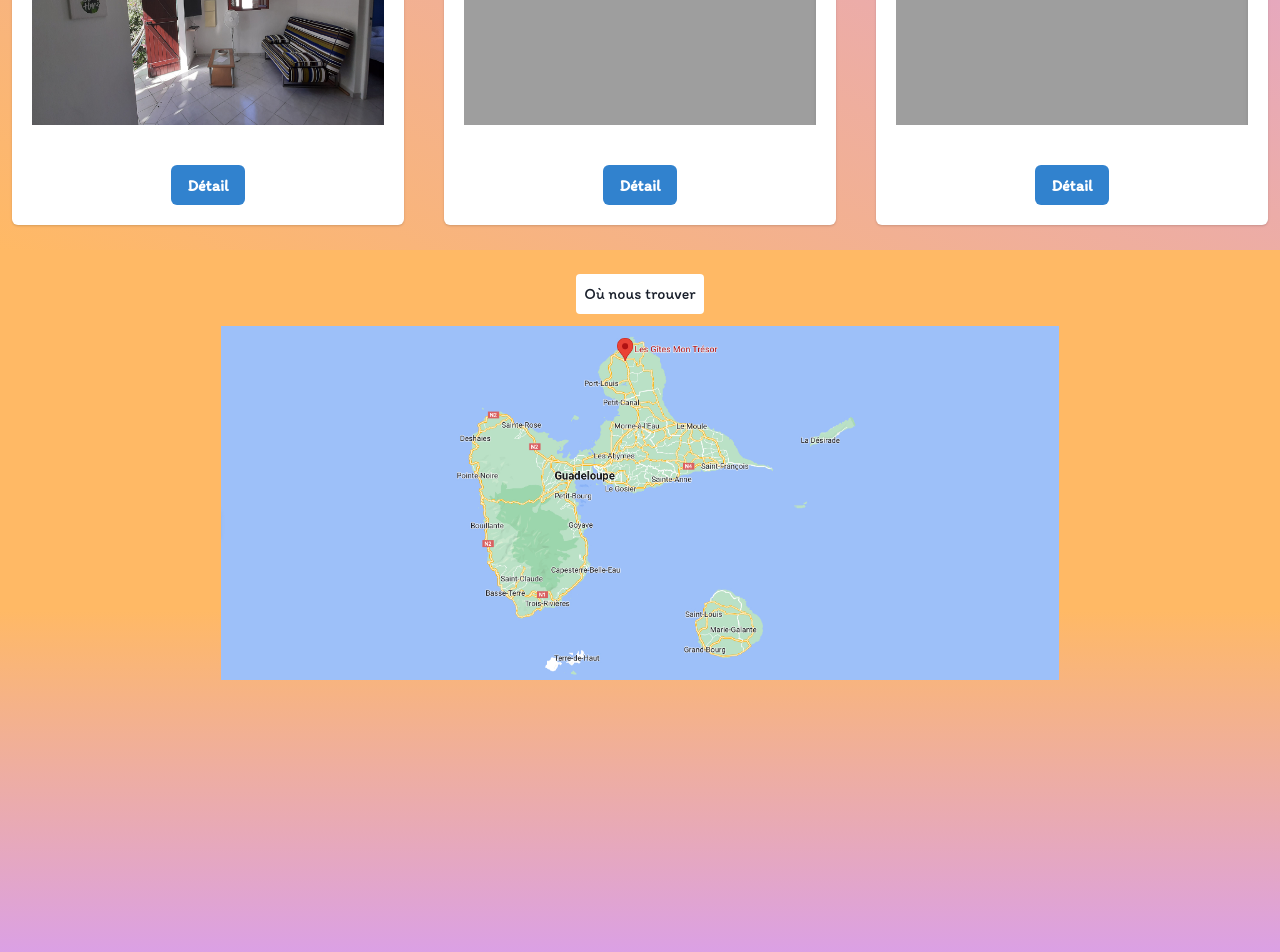
Repository: All-Khwarizmi/gites-v2
Page: /
The author's editor kept a copy of each file at every save. The page is drawn from the files as they stood at one save, then again after a run of saves.
The browser window is 1280 px wide. The pictures show the part of the page from y = 1190 to 2142 px (the page is 2160 px tall).
Pictures or frames that could not be fetched are drawn as grey boxes. The project was rebuilt for these pictures with package versions that can differ from the ones it lists, and the page was loaded fresh each time. The framework's server and built-in components were replaced by stand-ins that run in the browser. Also part of the build but not shown: next.config.js, next.config.mjs.

Above is the page before, as saved 2023-02-03 19:18:17.

### src/pages/_app.tsx
import { type AppType } from "next/dist/shared/lib/utils";
import { ChakraProvider } from "@chakra-ui/react";
import Layout from "../components/Layout";
import { Itim } from "@next/font/google";
import Navbar from "../components/Navbar";

import "../styles/globals.css";
import Head from "next/head";

const inter = Itim({ weight: "400", subsets: ["latin"] });

const MyApp: AppType = ({ Component, pageProps }) => {
  return (
    <ChakraProvider>
      <Head>
        <title>Gîtes Mon Tresor</title>
        <meta
          name="viewport"
          /* content="width=device-width, initial-scale=1.0, maximum-scale=1.0,user-scalable=0" */
          content="viewport-fit=cover"
        />
        <meta name="title" content="Gîtes Mon Tresor" />

        <meta
          name="description"
          content="Gîtes accueillants et chaleureux en Guadeloupe, Anse Bertrand. Venez en famille ou en amoureux profiter des plaisirs qu'offre l'île. "
        />
        <meta property="og:image" content="/IMG_0318.JPG" key="ogimage" />
      </Head>

      <main className={inter.className}>
        <Component {...pageProps} />
      </main>
    </ChakraProvider>
  );
};

export default MyApp;

### src/pages/index.tsx
import { type NextPage } from "next";
import Head from "next/head";
import Link from "next/link";
import Test from "./Test";
import styles from '../styles/Home.module.scss'

const Home: NextPage = () => {
  return (
    <>
      <Test />
    </>
  );
};

export default Home;

### src/styles/globals.css
@tailwind base;
@tailwind components;
@tailwind utilities;

:root {
  --colorOne: #ffb965;
  --colorTwo: #d99feb;
  --color3: #ffbf5b;
  --color4: #31b7cf;
}
* {
  margin: 0;
  padding: 0;
}
body {
  width: 100vw;
  height: 100vh;
  box-sizing: border-box;
}

.test {
  width: 100%;
}

#myVideo {
  object-fit: cover;

  min-height: 100vh;
  position: relative;
  z-index: -1;
  bottom: 0;
  right: 0;
}

.section {
  background-image: linear-gradient(
    27deg,
    var(--colorOne) 0%,
    var(--colorTwo) 100%
  );
  margin-top: 0;
  position: relative;
}
.section-2 {
  background-image: linear-gradient(
    360deg,
   var(--colorTwo) 0%,
    var(--colorOne) 50%
  );
  margin-top: 0;
  position: relative;
}


.card-1 {
  background-color: inherit;
  padding: 3rem;
  width: 100%;
}
.nav {
  position: fixed;
  z-index: 5;


}

### src/pages/Test.tsx
import { AppType } from "next/app";
import {
  Card,
  CardHeader,
  ButtonGroup,
  Button,
  CardBody,
  CardFooter,
  Stack,
  Image,
  Heading,
  Text,
  Divider,
  Flex,
} from "@chakra-ui/react";
import Carousel from "../components/Carousel";
import { Component, useEffect, useRef, useState } from "react";
import Localisation from "../components/Localisation";
import Navbar from "../components/Navbar";

const Test = () => {
  const divPosition: any = useRef(null);


  const slidesPalmier = [
    {
      img: "/Gite Palmier/1.jpg",
    },
    {
      img: "/Gite Palmier/2.jpg",
    },
    {
      img: "/Gite Palmier/3.jpg",
    },
    {
      img: "/Gite Palmier/4.jpg",
    },
    {
      img: "/Gite Palmier/5.jpg",
    },
    {
      img: "/Gite Palmier/6.jpg",
    },
    {
      img: "/Gite Palmier/7.jpg",
    },
    {
      img: "/Gite Palmier/9087556.jpg",
    },
  ];
  const slidesAnanas = [
    {
      img: "/Gite Ananas/1.jpg",
    },
    {
      img: "/Gite Ananas/2.jpg",
    },
    {
      img: "/Gite Ananas/3.jpg",
    },
    {
      img: "/Gite Ananas/4.jpg",
    },
    {
      img: "/Gite Ananas/5.jpg",
    },
    {
      img: "/Gite Ananas/6.jpg",
    },
    {
      img: "/Gite Ananas/20191231_100325.jpg",
    },
    {
      img: "/Gite Ananas/20200325_100606.jpg",
    },
  ];
  const slidesKawan = [
    {
      img: "/Gite Kawan/1.jpg",
    },
    {
      img: "/Gite Kawan/2.jpg",
    },
    {
      img: "/Gite Kawan/3.jpg",
    },
    {
      img: "/Gite Kawan/4.jpg",
    },

    {
      img: "/Gite Kawan/6.jpg",
    },
    {
      img: "/Gite Kawan/7.jpg",
    },
    {
      img: "/Gite Kawan/8.jpg",
    },
    {
      img: "/Gite Kawan/9.jpg",
    },
    {
      img: "/Gite Kawan/10.jpg",
    },
    {
      img: "/Gite Kawan/11.jpg",
    },
    {
      img: "/Gite Kawan/12.jpg",
    },
    {
      img: "/Gite Kawan/13.jpg",
    },
    {
      img: "/Gite Kawan/14.jpg",
    },
    {
      img: "/Gite Kawan/15.jpg",
    },
  ];

  return (
    <>
      <main>
        <Navbar position={divPosition} />
        <div className="test">
          <section className="test">
            <video
              autoPlay
              playsInline
              muted
              loop
              id="myVideo"
              poster="/Gite Kawan/1.jpg"
            >
              <source src={"/Mon film.mp4"} type="video/mp4" />
            </video>
          </section>
          <div className="section h-screen">
            <section ref={divPosition} className="section h-full">
              <div className="card-1 flex-column flex justify-center">
                <Card maxW={"900px"}>
                  <Heading className="flex-column flex justify-center p-2">
                    <p> Bienvenue en Guadeloupe !</p>
                  </Heading>
                  <CardBody>
                    <Text className="welcome-text">
                      Pour des vacances au soleil, sur des plages de sable blanc
                      ou de belles balades dans une verdure luxuriante : les
                      Gîtes Mon Trésor vous assurent un dépaysement total. Loin
                      des grandes structures touristiques, dans un jardin calme
                      et ventilé avec piscine sécurisée, Catherine et Laurent,
                      originaires de Normandie, vous accueillent toute l’année
                      dans leurs gîtes situés sur la commune d'ANSE-BERTRAND, à
                      3 km des plages et de tous commerces. Nous avons l'énorme
                      chance de n'avoir jamais de sargasses sur nos plages les
                      plus proches. Bonne visite !
                    </Text>
                  </CardBody>
                </Card>
              </div>

              <div className="grid  grid-flow-row justify-center gap-4 md:grid-flow-col ">
                <Card maxW="lg" m={3}>
                  <Stack mt="6" spacing="3">
                    <Heading textAlign={"center"} size="md">
                      Gîte Palmier
                    </Heading>
                  </Stack>
                  <CardBody>
                    <Carousel slides={slidesPalmier} />
                  </CardBody>
                  <Flex align="center" justify="center">
                    <CardFooter>
                      <Button variant="solid" colorScheme="blue">
                        Détail
                      </Button>
                    </CardFooter>
                  </Flex>
                </Card>
                <Card maxW="lg" m={3}>
                  <Stack mt="6" spacing="3">
                    <Heading textAlign={"center"} size="md">
                      Gîte Ananas
                    </Heading>
                  </Stack>
                  <CardBody>
                    <Carousel slides={slidesAnanas} />
                  </CardBody>
                  <Flex align="center" justify="center">
                    <CardFooter>
                      <Button variant="solid" colorScheme="blue">
                        Détail
                      </Button>
                    </CardFooter>
                  </Flex>
                </Card>
                <Card maxW="lg" m={3}>
                  <Stack mt="6" spacing="3">
                    <Heading textAlign={"center"} size="md">
                      Gîte Kawan
                    </Heading>
                  </Stack>
                  <CardBody>
                    <Carousel slides={slidesKawan} />
                  </CardBody>
                  <Flex align="center" justify="center">
                    <CardFooter>
                      <Button variant="solid" colorScheme="blue">
                        Détail
                      </Button>
                    </CardFooter>
                  </Flex>
                </Card>
              </div>


            </section>
          </div>
          <div className="h-screen section-2">
            <Localisation />
          </div>
        </div>
      </main>
    </>
  );
};

export default Test;

### src/components/Carousel.tsx
import React from 'react'
import { useEffect, useState } from 'react';
import { Flex, Box, Text, Image } from '@chakra-ui/react';

const Carousel = ({slides}: any) => {

  const slides1 = [
    {
      img: "/Gîte Palmier/1.jpg",
    },
    {
      img: "/Gîte Palmier/2.jpg",
    },
    {
      img: "/Gîte Palmier/3.jpg",
    },
    {
      img: "/Gîte Palmier/4.jpg",
    },
    {
      img: "/Gîte Palmier/5.jpg",
    },
    {
      img: "/Gîte Palmier/6.jpg",
    },
    {
      img: "/Gîte Palmier/7.jpg",
    },
    {
      img: "/Gîte Palmier/9087556.jpg",
    },

  ];
  const [currentSlide, setCurrentSlide] = useState(0);
  const slidesCount = slides.length;
  const carouselStyle = {
    transition: "all .5s",
    ml: `-${currentSlide * 100}%`,
  };
  const SLIDES_INTERVAL_TIME = 3000;
  const ANIMATION_DIRECTION = "right";
  useEffect(() => {
    const prevSlide = () => {
      setCurrentSlide((s) => (s === 0 ? slidesCount - 1 : s - 1));
    };

    const nextSlide = () => {
      setCurrentSlide((s) => (s === slidesCount - 1 ? 0 : s + 1));
 };

    const automatedSlide = setInterval(() => {
      ANIMATION_DIRECTION.toLowerCase() === "left" ? prevSlide() : nextSlide();
    }, SLIDES_INTERVAL_TIME);
    return () => clearInterval(automatedSlide);
  }, [slidesCount]);
  return (
    <Flex
      w="full"
      bg="#edf3f8"
      _dark={{
        bg: "#3e3e3e",
      }}

      alignItems="center"
      justifyContent="center"
    >
      <Flex w="full" overflow="hidden">
        <Flex pos="relative" h="200px" w="full" {...carouselStyle}>
          {slides.map((slide: any, sid: any) => (
            <Box key={`slide-${sid}`} flex="none" boxSize="full" shadow="md">
              <Text
                color="white"
                fontSize="xs"
                p="8px 12px"
                pos="absolute"
                top="0"
                whiteSpace="nowrap"
              >
                {sid + 1} / {slidesCount}
              </Text>
              <Image
                src={slide.img}
                alt="carousel image"
                boxSize="full"
                backgroundSize="cover"
              />
            </Box>
          ))}
        </Flex>
      </Flex>
    </Flex>
  );
};



export default Carousel

### src/components/Localisation.tsx
import React from "react";
import Link from "next/link";

const Localisation = () => {
  const coordinates: string =
    "Les+Gîtes+Mon+Trésor/@16.4645544,-61.4825254,17z";
  const baseUrl: string =
    "https://www.google.com/maps/search/?api=1&query=Les+Gîtes+Mon+Trésor+Anse+Bertrand/";
  return (
    <>
      <div className="location align-center flex items-center justify-center p-3"></div>
      <div className="section-location flex  justify-center">
        <p className="text-extra-bold w-30 rounded bg-white p-2">
          Où nous trouver
        </p>
      </div>

      <div className="location p-3">
        <a
          className="align-center flex items-center justify-center"
          target="_blank"
          href={baseUrl}
        >
          <img
            className="w-2/3"
            src="./IMG_0537.JPG"
            alt="carte de la Guadeloupe"
          />
        </a>
      </div>
    </>
  );
};

export default Localisation;

### src/components/Navbar.tsx
import { useEffect, useState, useRef } from "react";

function NavLink({ to, children }: any) {
  return (
    <a href={to} className={`mx-4`}>
      {children}
    </a>
  );
}

function MobileNav({ open, setOpen }: any) {
  return (
    <div
      className={`absolute top-0 left-0 h-screen w-screen transform bg-white ${
        open ? "-translate-x-0" : "-translate-x-full"
      } drop-shadow-md filter transition-transform duration-300 ease-in-out `}
    >
      <div className="flex h-20 items-center justify-center bg-white drop-shadow-md filter">
        {" "}
        {/*logo container*/}
        <a className="text-2xl font-semibold" href="/">
          <img
            className="w-24 hover:w-32"
            src="/IMG_0318.JPG"
            alt="Gîtes Mon Tresor Logo"
          />
        </a>
      </div>
      <div className="ml-4 flex flex-col">
        <a
          className="my-4 text-xl font-medium"
          href="#"
          onClick={() =>
            setTimeout(() => {
              setOpen(!open);
            }, 100)
          }
        >
          Accueil
        </a>
        <a
          className="my-4 text-xl font-normal"
          href="#"
          onClick={() =>
            setTimeout(() => {
              setOpen(!open);
            }, 100)
          }
        >
          Gîtes
        </a>
        <a
          className="my-4 text-xl font-normal"
          href="#"
          onClick={() =>
            setTimeout(() => {
              setOpen(!open);
            }, 100)
          }
        >
          Localisation
        </a>
        <a
          className="my-4 text-xl font-normal"
          href="#"
          onClick={() =>
            setTimeout(() => {
              setOpen(!open);
            }, 100)
          }
        >
          Tarifs
        </a>
        <a
          className="my-4 text-xl font-normal"
          href="#"
          onClick={() =>
            setTimeout(() => {
              setOpen(!open);
            }, 100)
          }
        >
          Contact
        </a>
        <a
          className="my-4 text-xl font-normal"
          href="#"
          onClick={() =>
            setTimeout(() => {
              setOpen(!open);
            }, 100)
          }
        >
          Partenariats
        </a>
      </div>
    </div>
  );
}

export default function Navbar({ position }: any) {
  const [open, setOpen] = useState(false);
  const [color, setColor] = useState(" ");
  const [colorFont, setColorFont] = useState(" ");
  const [offset, setOffset] = useState(0);


  useEffect(() => {
    const onScroll = () => setOffset(window.pageYOffset);
    // clean up code
    window.removeEventListener("scroll", onScroll);
    window.addEventListener("scroll", onScroll, { passive: true });
    if (position?.current?.getBoundingClientRect().top < 80) {
      setColor("bg-white");
      setColorFont("text-black");
    } else {
      setColor(" ");
      setColorFont("text-white");
    }
    return () => window.removeEventListener("scroll", onScroll);
  }, [offset]);

  const style = { backgroundColor: color, color: colorFont };
  return (
    <nav
      className={`nav flex h-20 w-full items-center gap-4 ${style.backgroundColor}  px-4 py-4 drop-shadow-md filter`}
    >
      <MobileNav open={open} setOpen={setOpen} />
      <div className="flex w-3/12 items-center">
        <a className="text-2xl font-semibold" href="/">
          <img
            className="w-24 hover:w-32"
            src="/IMG_0318.JPG"
            alt="Gîtes Mon Tresor Logo"
          />
        </a>
      </div>
      <div className="flex w-9/12 items-center justify-end">
        <div
          className="relative z-50 flex h-8 w-8 flex-col items-center justify-between md:hidden"
          onClick={() => {
            setOpen(!open);
          }}
        >
          {/* hamburger button */}
          <span
            className={`h-1 w-full transform rounded-lg bg-black transition duration-300 ease-in-out ${
              open ? "translate-y-3.5 rotate-45" : ""
            }`}
          />
          <span
            className={`h-1 w-full rounded-lg bg-black transition-all duration-300 ease-in-out ${
              open ? "w-0" : "w-full"
            }`}
          />
          <span
            className={`h-1 w-full transform rounded-lg bg-black transition duration-300 ease-in-out ${
              open ? "-translate-y-3.5 -rotate-45" : ""
            }`}
          />
        </div>

        <div className="hidden md:flex">
          <ul className="flex justify-items-center gap-x-3">
            <li className="mr-6">
              <a
                className={` flex-initial text-2xl ${style.color} text-justify   hover:underline`}
                href="#"
              >
                Accueil
              </a>
            </li>
            <li className="mr-6">
              <a
                className={` flex-initial text-2xl ${style.color} text-justify   hover:underline`}
                href="#"
              >
                Gîtes
              </a>
            </li>
            <li className="mr-6">
              <a
                className={` flex-initial text-2xl ${style.color} text-justify   hover:underline`}
                href="#"
              >
                Localisation
              </a>
            </li>
            <li className="mr-6">
              <a
                className={` flex-initial text-2xl ${style.color} text-justify   hover:underline`}
                href="#"
              >
                Tarifs
              </a>
            </li>
            <li className="mr-6">
              <a
                className={` flex-initial text-2xl ${style.color} text-justify   hover:underline`}
                href="#"
              >
                Contact
              </a>
            </li>
            <li className="mr-6">
              <a
                className={` flex-initial text-2xl ${style.color} text-justify   hover:underline`}
                href="#"
              >
                Partenariats
              </a>
            </li>
          </ul>
        </div>
      </div>
    </nav>
  );
}

Loaded but not shown: tailwind.config.cjs (common file)

After the next 2 saves:
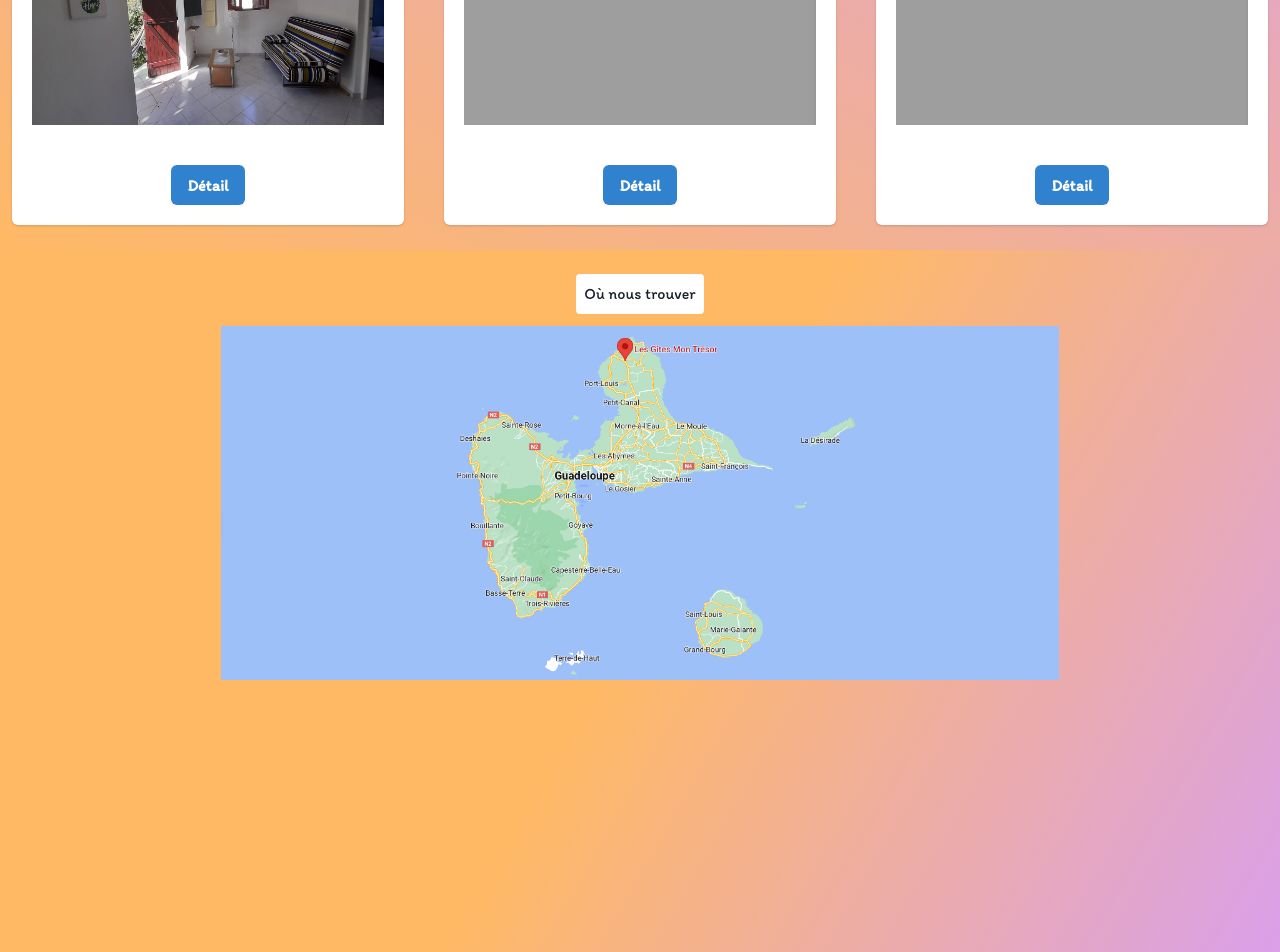
The 2 saves are shown as one change because they came seconds apart.
The last was saved 21 s later.
--- a/src/styles/globals.css
+++ b/src/styles/globals.css
@@ -43,7 +43,7 @@ body {
 }
 .section-2 {
   background-image: linear-gradient(
-    360deg,
+    300deg,
    var(--colorTwo) 0%,
     var(--colorOne) 50%
   );
